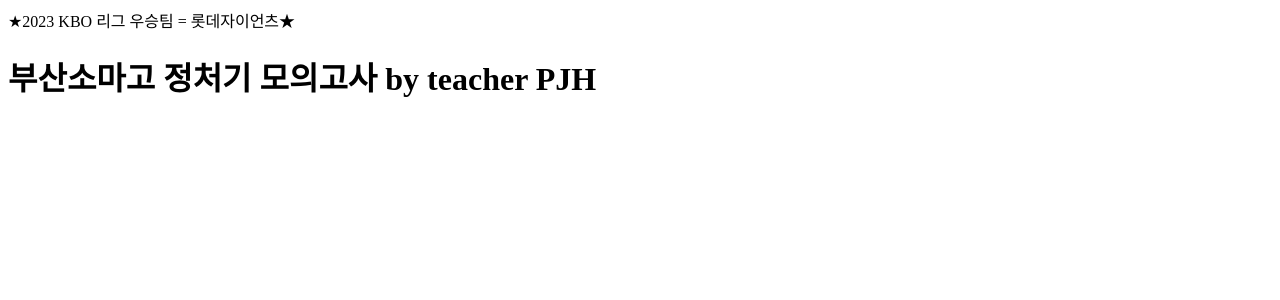
Repository: wjddn0719/I_hate_web
Page: http://localhost/HRD_2412/
An editor plug-in stored every save of this project. The page is shown before and after the next save, followed by the edit.
The browser window is 1280 px wide. The pictures show the whole page.
The page is served by Tomcat 9.

Above is the page before, as saved 2026-03-16 07:54:26.

After the next save:
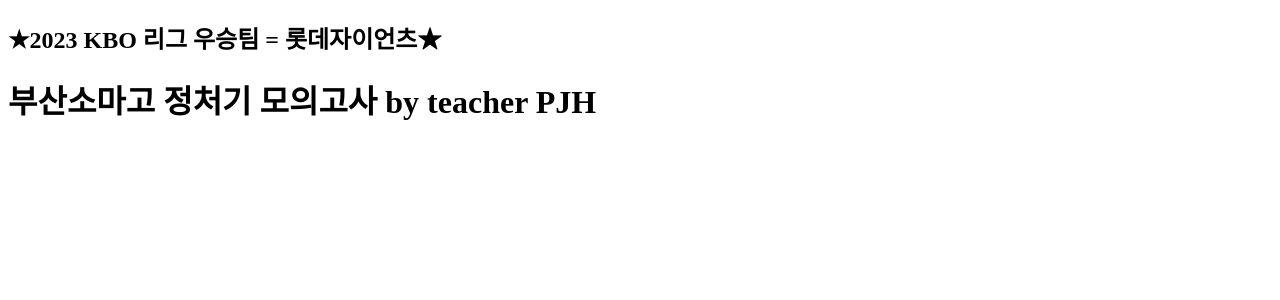
Saved 2 min 4 s later.
--- a/HRD_2412/src/main/webapp/index.jsp
+++ b/HRD_2412/src/main/webapp/index.jsp
@@ -4,12 +4,13 @@
 <html>
 <head>
 <meta charset="UTF-8">
+<link href="style.css" rel = "stylesheet">
 <title>Insert title here</title>
 </head>
 <body>
 	<jsp:include page = "header.jsp"></jsp:include>
 
-	<section>★2023 KBO 리그 우승팀 = 롯데자이언츠★</section>
+	<section><h2>★2023 KBO 리그 우승팀 = 롯데자이언츠★</h2></section>
 
 	<jsp:include page = "footer.jsp"></jsp:include>
 </body>
